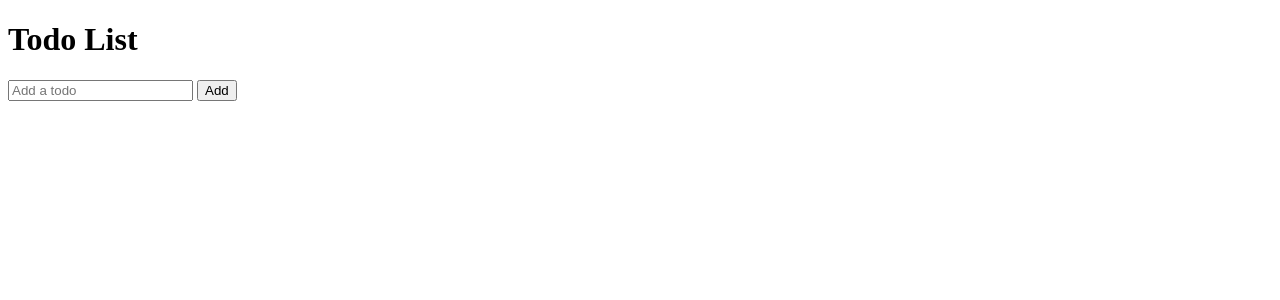
Repository: ble-syn/Todo-list
Page: index.html
These files come from the project's save history. The page is drawn as it stood at one moment and after the next save; the edit follows.
The browser window is 1280 px wide. The pictures show the whole page.
Empty fields were first filled with sample values (such as "Sample", 5 or name@example.com).
After loading, the first visible `button` was clicked once.

Above is the page before, as saved 2022-10-17 20:37:58.

After the next save:
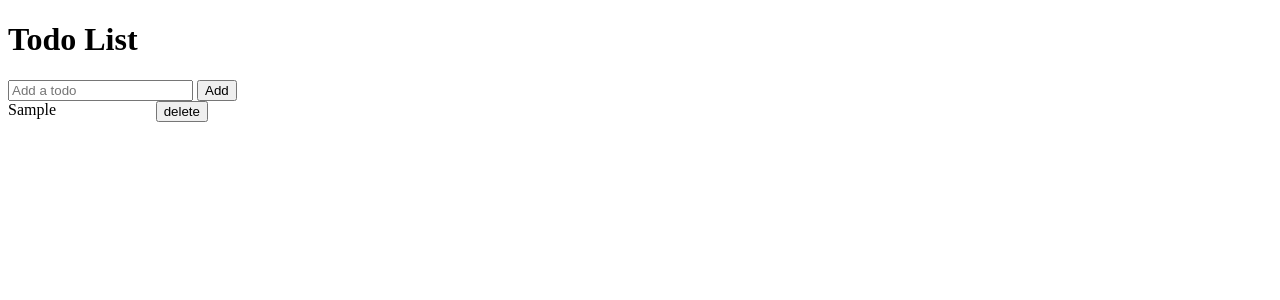
Saved 4 min 44 s later.
--- a/app.js
+++ b/app.js
@@ -24,6 +24,10 @@ function delFuc(index){
 }
 
 function setLocal(index){
+// check length of array
+// if empty set item in storage
+
+// if not empty, read items from storage, apend item to the items, set array to items, store new array
     console.log('hehehe', index)
 }
 
@@ -32,7 +36,7 @@ button.addEventListener('click', () => {
     if (value == ""){
         return
     }
-    // todoArray.push(value);
+    todoArray.push(value);
     setLocal(value);
     render();
     todo.value = "";
